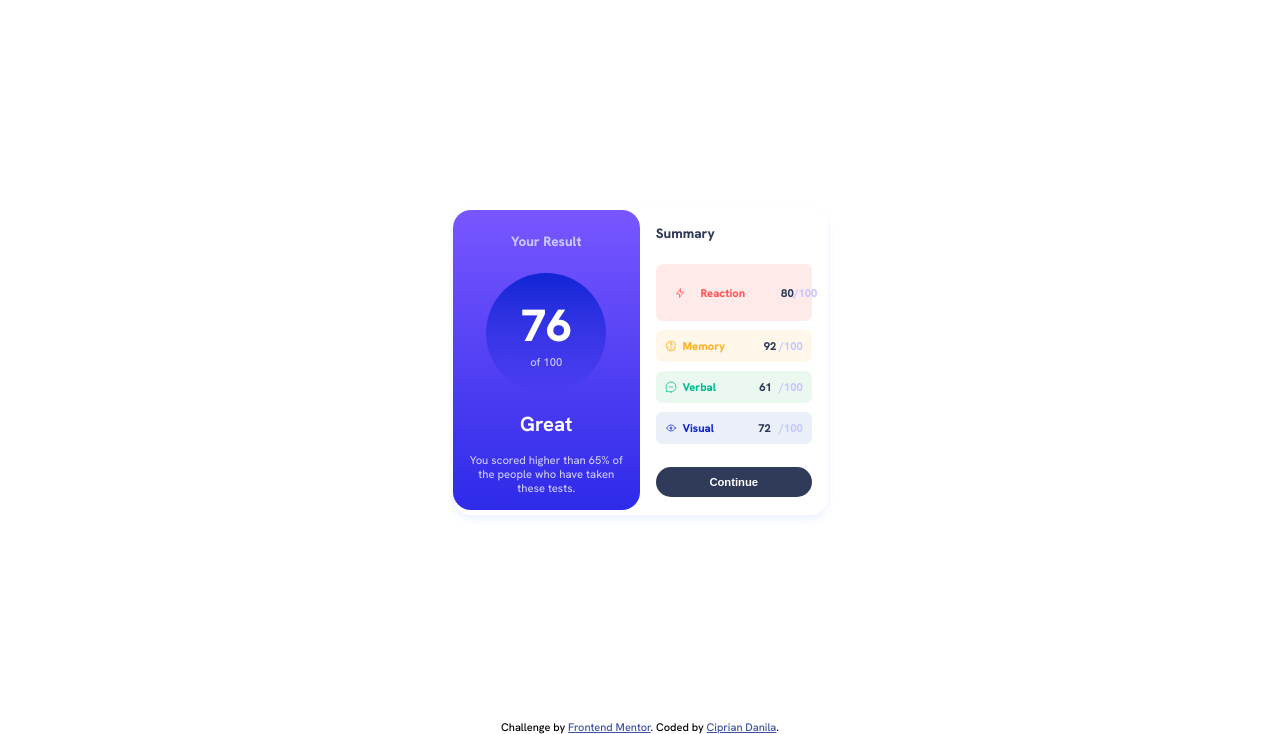
Repository: cipdanila/results-summary-component
Page: index.html
An editor plug-in stored every save of this project. The page is shown before and after the next save, followed by the edit.
The browser window is 1280 px wide. The pictures show the whole page.

Above is the page before, as saved 2024-02-05 20:45:30.

After the next save:
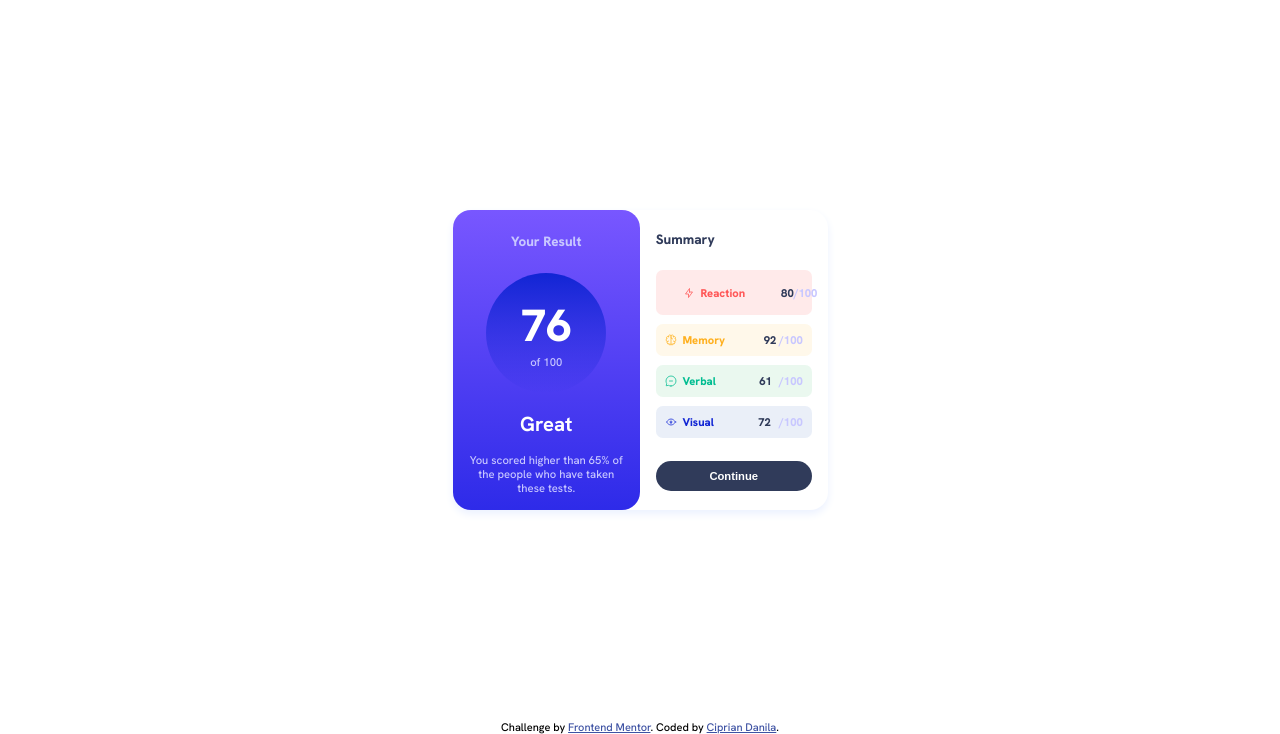
Saved 8 s later.
--- a/index.html
+++ b/index.html
@@ -22,10 +22,8 @@
             <div class="summary">
                 <h2 class="title">Summary</h2>
                 <div class="reaction">
-                    <div>
-                        <img src="./assets/images/icon-reaction.svg" alt="raction icon" />
-
-                    </div>
+                    <div></div>
+                    <img src="./assets/images/icon-reaction.svg" alt="raction icon" />
                     <p>Reaction</p> <span class="percent">80</span><span class="hundred">/100</span>
                 </div>
                 <div class="memory">
